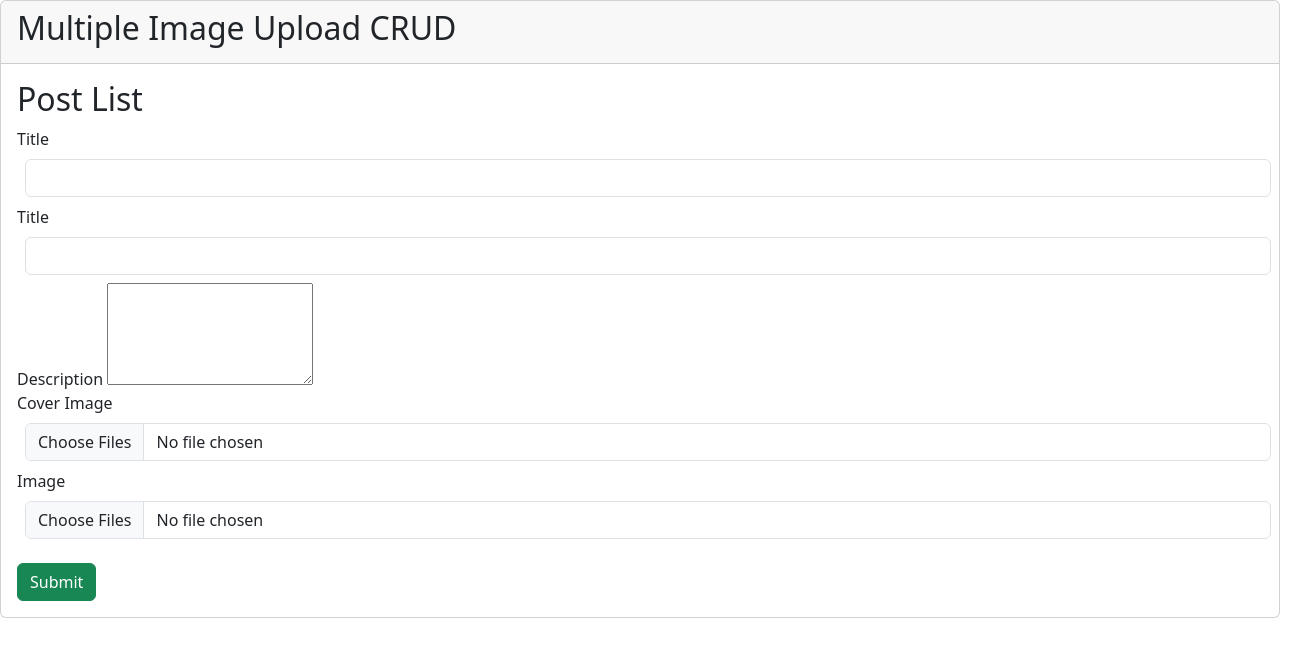
Repository: rkrukshan/Multiple-Image-Upload
Page: http://localhost/create
The author's editor kept a copy of each file at every save. The page is drawn from the files as they stood at one save, then again after a run of saves.
The browser window is 1280 px wide. The page is 1292 px wide, so the pictures cover 1292 px, including what lies to the right of the window. The pictures show the whole page.
The page is served by the project's Laravel application, run on PHP 8.4 with Laravel 10.

Above is the page before, as saved 2023-11-06 14:47:22.

After the next 2 saves:
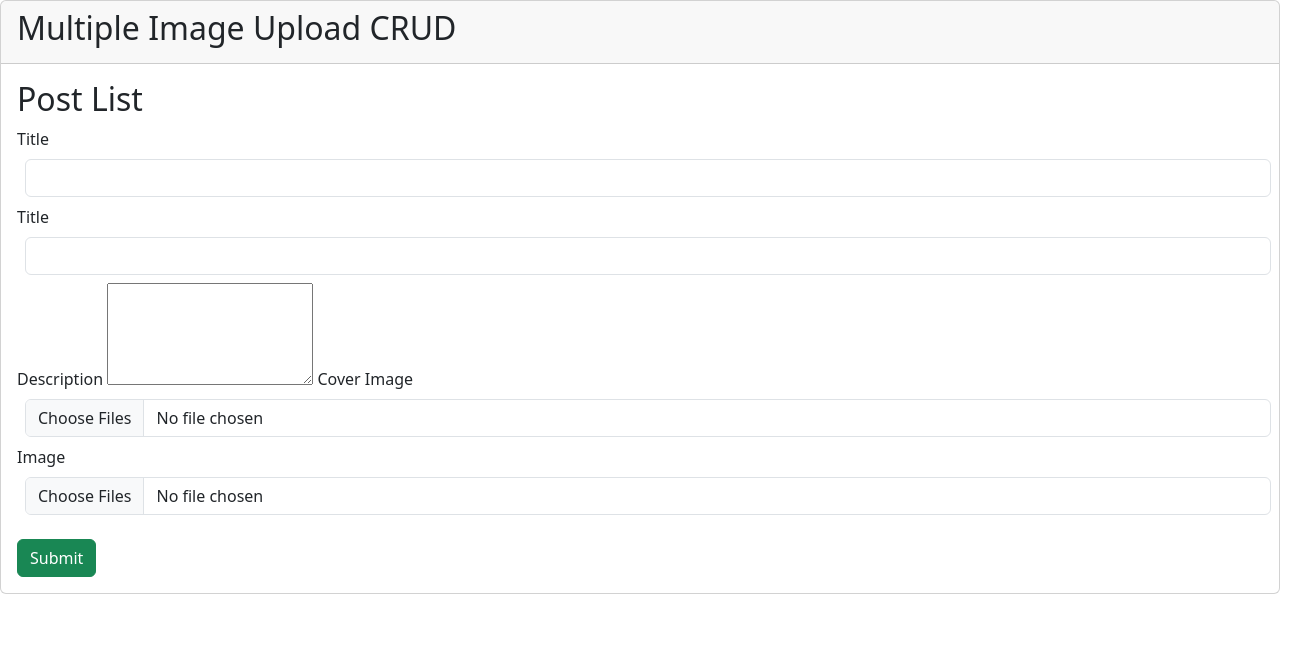
The 2 saves are shown as one change because they came seconds apart.
The last was saved 5 s later.
--- a/resources/views/album/create.blade.php
+++ b/resources/views/album/create.blade.php
@@ -24,7 +24,8 @@
                     <input type="text" name="author" class="form-control m-2">
 
                     <label for="body">Description</label>
-                    <textarea name="body" id="body" cols="20" rows="4"></textarea><br>
+                    <textarea name="body" id="body" cols="20" rows="4"></textarea>
+
                     <label for="m-2">Cover Image</label>
                     <input type="file" id="input-file-now-custom-3" class="form-control m-2" name="cover" multiple>
                     <label for="m-2">Image</label>

After the 3 saves that followed:
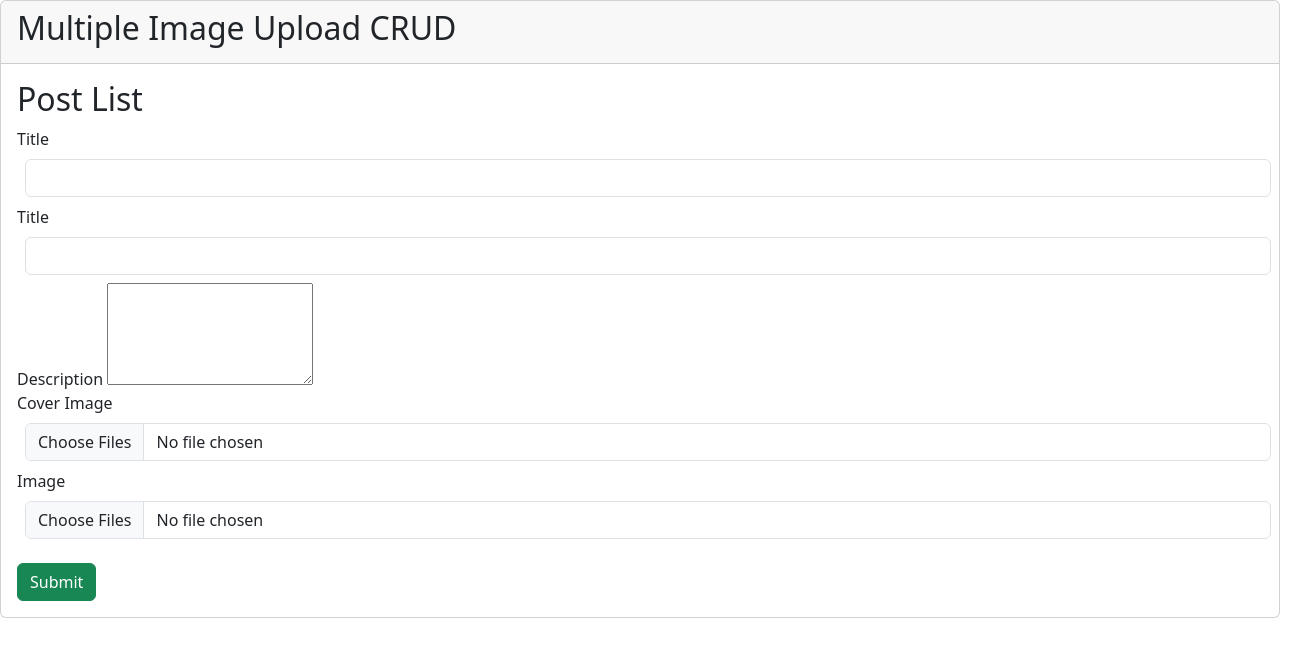
The 3 saves are shown as one change because 2 left the picture as it was.
The last was saved 3 min 0 s later.
--- a/resources/views/album/create.blade.php
+++ b/resources/views/album/create.blade.php
@@ -24,12 +24,14 @@
                     <input type="text" name="author" class="form-control m-2">
 
                     <label for="body">Description</label>
-                    <textarea name="body" id="body" cols="20" rows="4"></textarea>
+                    <textarea name="body" id="body" cols="20" rows="4"></textarea><br>
 
                     <label for="m-2">Cover Image</label>
                     <input type="file" id="input-file-now-custom-3" class="form-control m-2" name="cover" multiple>
+
                     <label for="m-2">Image</label>
                     <input type="file" id="input-file-now-custom-3" class="form-control m-2" name="images[]" multiple>
+
                     <button type="submit" class="btn btn-success mt-3">Submit</button>
                 </form>
                 </div>
